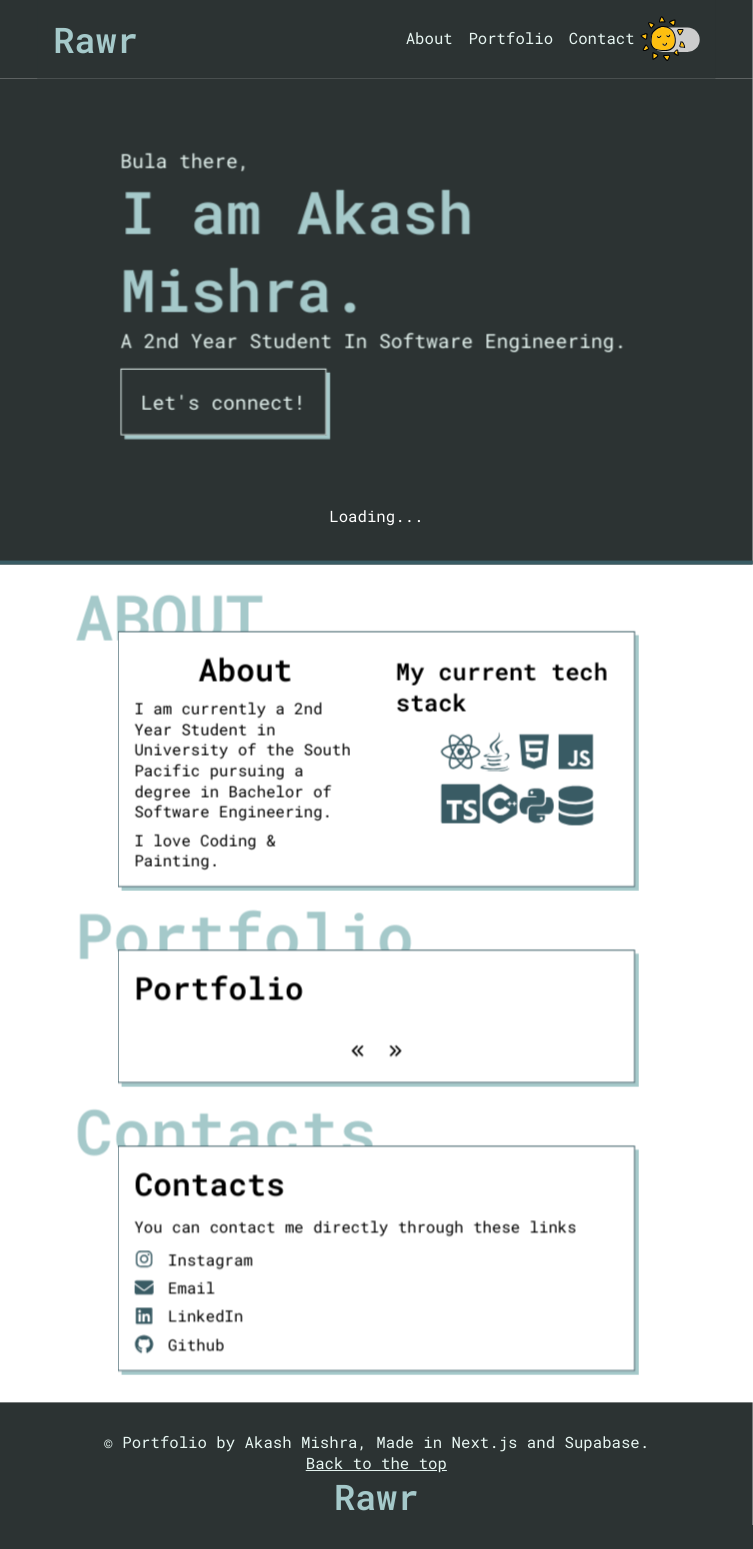
Repository: akashrawr/personal-portfolio
Page: /
An editor plug-in stored every save of this project. The page is shown before and after the next save, followed by the edit.
The browser window is 768 px wide. The pictures show the whole page, at 98% of full size.
The page's requests for data from a server got no answer. The project was rebuilt for these pictures with package versions that can differ from the ones it lists, and the page was loaded fresh each time. The framework's server and built-in components were replaced by stand-ins that run in the browser. No one was signed in, and anything a server would have sent is missing. Also part of the build but not shown: next.config.ts.

Above is the page before, as saved 2025-01-03 20:39:32.

### app/layout.tsx
import type { Metadata } from "next";
import { Geist, Geist_Mono } from "next/font/google";
import "./globals.css";

const geistSans = Geist({
  variable: "--font-geist-sans",
  subsets: ["latin"],
});

const geistMono = Geist_Mono({
  variable: "--font-geist-mono",
  subsets: ["latin"],
});

export const metadata: Metadata = {
  title: "akashrawr",
  description: "Personal Portfolio",
};

export default function RootLayout({
  children,
}: Readonly<{
  children: React.ReactNode;
}>) {
  return (
    <html lang="en" translate="no"> {/* Prevent translation of the entire page */}
      <head>
        <meta charSet="UTF-8" />
        <meta httpEquiv="Content-Language" content="en" /> {/* Explicitly set content language */}
        <meta name="google" content="notranslate" /> {/* Inform Google to not translate */}
        <link rel="icon" href="/rawr.ico" type="image/x-icon" />
        <title>akashrawr</title>
        <meta name="description" content="My Personal Portfolio" />
      </head>
      <body className={`${geistSans.variable} ${geistMono.variable} antialiased`}>
        <div className="notranslate">
          {children}
        </div>
      </body>
    </html>
  );
}

### app/page.tsx
"use client"; // Enables client-side functionality
import React, { useState, useEffect } from "react";
import AOS from "aos";
import "aos/dist/aos.css";
import "./globals.css"; // Import global styles

// Import components
import Header from "./components/Header";
import Hero from "./components/Hero";
import About from "./components/About";
import Portfolio from "./components/Portfolio";
import Contact from "./components/Contact";
import Footer from "./components/Footer";

const Page: React.FC = () => {
  useEffect(() => {
    AOS.init({ once: true, delay: 0 });
  }, []);

  const [isNavVisible, setIsNavVisible] = useState(false);
  const [darkMode, setDarkMode] = useState(false);

  const toggleNav = () => {
    setIsNavVisible(!isNavVisible);
  };

  const toggleDarkMode = () => {
    setDarkMode(!darkMode);
    document.body.classList.toggle("dark-mode", !darkMode);
  };

  return (
    <div>
      <Header
        isNavVisible={isNavVisible}
        toggleNav={toggleNav}
        darkMode={darkMode}
        toggleDarkMode={toggleDarkMode}
      />
      <main>
        <Hero />
        <About />
        <Portfolio />
        <Contact />
      </main>
      <Footer />
    </div>
  );
};

export default Page;

### app/globals.css
@import url("https://fonts.googleapis.com/css2?family=Roboto+Mono:wght@300;400;600&display=swap");

:root {
  --primary-color: #2c3333;
  --secondary-color: #395b64;
  --accent-1: #a5c9ca;
  --accent-2: #e7f6f2;
  --neutral-1: black;
  --neutral-2: white;
  --neutral-3: white;
  --neutral-4: black;
  --icon-1: #395b64;

  --dark-primary-color: #121212;
  --dark-secondary-color: #1f1f1f;
  --dark-accent-1: #6c757d;
  --dark-accent-2: #adb5bd;
  --dark-neutral-1: #ffffff;
  --dark-neutral-2: #121212;
  --dark-neutral-3:#1f1f1f;
  --dark-neutral-4: #938f8f;
  --dark-icon-1: #938f8f;

}

*,
*::after,
*::before {
  margin: 0;
  padding: 0;
  font-family: "Roboto Mono", monospace;
  box-sizing: border-box;


}

html {
  scroll-behavior: smooth;
}

body {
  overflow-x: hidden;
  background-color: var(--neutral-3);
  color: var(--neutral-1);
  font-family: "Roboto Mono", monospace;
}

body.dark-mode {
  --primary-color: var(--dark-primary-color);
  --secondary-color: var(--dark-secondary-color);
  --accent-1: var(--dark-accent-1);
  --accent-2: var(--dark-accent-2);
  --neutral-1: var(--dark-neutral-1);
  --neutral-2: var(--dark-neutral-2);
  --neutral-3: var(--dark-neutral-3);
  --neutral-4: var(--dark-neutral-4);
  --icon-1:var(--dark-icon-1);
}


/* Navbar styles */

header {
  display: flex;
  align-items: center;
  justify-content: center;

  max-width: 100vw;
  background-color: var(--primary-color);
}

a {
  font-size: 14px;
  text-decoration: none;
}

h1 {
  font-family: "Roboto Mono", monospace;
}

.navbar-nav {
  display: flex;
  align-items: center;
  justify-content: space-between;
  background-color: var(--primary-color);
  padding: 1rem;
  width: 90%;
}

.nav-logo {
  grid-column: 1;
}

.nav-logo > h1 {
  font-size: 30px;
  color: var(--accent-1);
}

.primary-nav {
  display: flex;
  list-style: none;
  gap: 16px;

  grid-column: 2;
  justify-self: end;
}

.mobile-nav-toggle {
  display: none;
  cursor: pointer;
}

.nav-link:link,
.nav-link:visited {
  font-size: 16px;
  color: var(--accent-2);

  transition: 300ms ease-in-out;
}

.nav-link:hover {
  font-weight: 600;
  color: var(--accent-1);
}

.user-icon {
  width: 24px;
  height: 24px;
  fill: var(--accent-1);
  transition: fill 0.3s ease;
}

.user-icon:hover {
  fill: var(--accent-1);
}

/* Dark mode toggle button */
.theme-toggle {
  background: none;
  border: none;
  cursor: pointer;
  padding: 8px;
  display: flex;
  align-items: center;
}

.nav-icons {
  --size: 30px;
  width: var(--size);
  aspect-ratio: 1;
  cursor: pointer;
}



@media only screen and (max-width: 35em) {
  .primary-nav {
    position: fixed;
    top: 0;
    right: 0;
    bottom: 0;
    width: 125px;

    flex-direction: column;
    padding: min(15vh, 3rem) 1rem;
    background-color: var(--primary-color);
    border-left: 2px solid rgb(111, 111, 111); /* Add this line for the left border */

    z-index: 9999;

    transform: translateX(100%);
    transition: transform 350ms ease-out;
  }


  .nav-link:link,
  .nav-link:visited {
    font-size: 15px;
    color: var(--accent-1);
  }

  .primary-nav[data-visible="true"] {
    transform: translateX(0%);
  }

  .mobile-nav-toggle[aria-expanded="true"] {
    background: url('data:[embedded picture, 416 characters]') center center no-repeat;
  }

  .mobile-nav-toggle {
    display: block;
    position: absolute;
    background: url('data:[embedded picture, 417 characters]') center center no-repeat;

    width: 1.25rem;
    aspect-ratio: 1;

    border: none;

    top: 1.4rem;
    right: 2.5rem;
    z-index: 10000;

    transition: 250ms ease-in-out;
  }
}

/* Section styles */

section {
  display: flex;
  align-items: center;
  justify-content: center;

  max-width: 100vw;
  position: relative;
}

/* HERO SECTION */
#hero {
  background-color: var(--primary-color);
  border-bottom: 4px solid var(--icon-1);
  padding: 2.2rem;
}

/* Main container for text and image */
.hero-main-container {
  display: flex;
  flex-wrap: wrap;
  align-items: center;
  justify-content: space-between;
  gap: 16px;
}

/* Text Container */
.hero-container {
  flex: 1;
  display: flex;
  flex-direction: column;
  gap: 16px;
  padding: 2.2rem;
  width: 90%;
  height: 350px;
  animation: fade-in 500ms linear forwards;
}

.hero-text-container > h2 {
  font-size: 28px;
  color: var(--accent-1);
}

.hero-text-container > p {
  font-size: 12px;
  color: var(--accent-2);
}

.hero-button {
  align-self: flex-start;

  font-size: 14px;
  padding: 1em;

  color: var(--accent-2);
  background-color: transparent;

  border: 1px solid var(--accent-2);
  box-shadow: 4px 4px 0px var(--accent-1);

  transition: 300ms ease-in-out;
}

.hero-button:hover {
  background-color: var(--accent-2);
  color: var(--primary-color);
  box-shadow: 6px 6px 0px var(--secondary-color);
}

/* Image Container */
.hero-img {
  flex: 1;
  display: flex;
  justify-content: center;
  align-items: center;
}

.hero-image {
  max-width: 50%;
  height: auto;
  border-radius: 10px;
  box-shadow: 0 4px 8px rgba(0, 0, 0, 0.1);
  border: 1px solid var(--secondary-color);
  background-color: var(--neutral-2);
  box-shadow: 4px 4px 0px var(--accent-1);
}

.hero-img p{
color:white;
}


/* Responsive Styles */
@media screen and (max-width: 768px) {
  .hero-main-container {
    flex-direction: column;
  }
  .hero-img {
    margin-top: 20px;
  }
  .hero-container, .hero-image {
    max-width: 85%;
    height: auto;
  }
  .hero-text-container {
    text-align: left;
    max-width: 100%;
    color:#ccc;
  }


}
.hero-text-container > h2 {
  font-size: 28px;
  color: var(--accent-1);
}
.hero-text-container > p {
  font-size: 12px;
}
.project-card > h3 {
  font-size: 12px;
  color: var(--secondary-color);
}

/* ABOUT */

#about {
  padding: 2rem;
  margin-top: 36px;
  animation: fade-in 500ms linear forwards;

}

.wave-asset {
  width: 100%;
  position: absolute;

  top: 0;
  left: 0;
}

.about-container {
  display: flex;
  align-items: center;
  justify-content: center;
  background-color: var(--neutral-2);
  width: 90%;
  z-index: 999;
}

.about-card,
.portfolio-card,
.contact-card {
  display: flex;
  flex-direction: column;
  gap: 16px;
  border: 1px solid var(--secondary-color);
  background-color: var(--neutral-2);

  width: 100%;
  padding: 1rem;

  box-shadow: 4px 4px 0px var(--accent-1);
}

.about-content,
.portfolio-content {
  width: 100%;
  display: flex;
  flex-direction: column;
  gap: 8px;
}

.about-content > h2,
.about-content > h3 {
  color: var(--neutral-4);
}

.about-content > p {
  font-size: 12px;
  color: var(--neutral-4);
}

.tech-stack-grid {
  width: 65%;
  display: grid;
  grid-template-columns: repeat(4, 1fr);
  place-items: center;
}

.tech-stack {
  --size: 30px;
  width: var(--size);
  aspect-ratio: 1;
}

/* Portfolio container */

#portfolio {
  padding: 2rem;
  animation: fade-in 500ms linear forwards;
}

.portfolio-container {
  width: 90%;
  z-index: 999;
}

.project-container {
  display: grid;
  grid-template-columns: repeat(2, 1fr);
  gap: 16px;
}

.portfolio-content > h2 {
  color: var(--neutral-4);
}

.project-card {
  display: flex;
  flex-direction: column;
  gap: 4px;

  padding: 1rem;
  border-radius: 8px;
  border: 1px solid var(--accent-1);
}

.project-card > h3 {
  color: var(--neutral-4);
}

.project-card > h5 {
  color: var(--neutral-4);
  opacity: 0.5;
}

.project-card > p {
  font-size: 12px;
  width: 100%;
  display: -webkit-box;
  -webkit-box-orient: vertical;
  -webkit-line-clamp: 3;
  overflow: hidden;
  color: var(--neutral-4);
}

.project-img {
  width: 100%;
  aspect-ratio: 16/9;
}

.project-card-links {
  align-self: flex-end;

  margin-top: 10px;
  display: flex;
  align-items: center;
  gap: 12px;
}

.project-icons {
  --size: 20px;
  width: var(--size);
  aspect-ratio: 1;
}

.project-card-links > a {
  display: flex;
  align-items: center;
  color: var(--neutral-4);
  font-size: 10px;
  gap: 4px;
}

.project-card-links > a:link,
.project-card-links > a:visited {

  color: var(--neutral-4);
}

.project-card-links > a:hover {
  font-weight: 600;
  color: var(--accent-1);
}

/* CONTACT */
#contact {
  padding: 2rem;
  animation: fade-in 500ms linear forwards;
}

.contact-container {
  width: 90%;
  z-index: 999;
}

.contact-card {
  width: 100%;
  gap: 12px;
}
.contact-card > h2 {
    color: var(--neutral-4);
}

.contact-card > p {
  font-size: 12px;
  color: var(--neutral-4);
}

.contact-links {
  display: flex;
  flex-direction: column;
  gap: 8px;
}

.contact-links > a {
  display: flex;
  align-items: center;
  gap: 8px;
}

.contact-links > a:link,
.contact-links > a:visited {
  color: var(--neutral-4);
}

.contact-links > a:hover {
  font-weight: 600;
  color: var(--accent-1);
}
.contact-icons {
  --size: 20px;
  width: var(--size);
  aspect-ratio: 1;
}

/* extras */
.section-highlight {
  font-size: 4rem;
  font-weight: 600;
  opacity: 0.5;
  color: var(--accent-1);

  position: absolute;
  top: 0;
  left: 100px;
}

/* footer */
footer {
  display: flex;
  align-items: center;
  justify-content: center;
  color: var(--accent-2);
  max-width: 100vw;
  background-color: var(--primary-color);
  min-height: 150px;
}

.footer-content {
  text-align: center;
  font-size: 12px;
  width: 90%;

  color: var(--accent-2);
}

.footer-content > p {
  text-decoration: underline;
}

.footer-content > a {
  text-decoration: underline;
}

.footer-content > a:link,
.footer-content > a:visited {
  color: var(--accent-2);
}

.footer-content > a:hover {
  color: var(--accent-1);
}
/* media queries */

@media only screen and (max-width: 35em) {
  .hero-container {
    padding: 1rem;
    height: 200px;
  }
  .project-container {
    grid-template-columns: 1fr;
  }
  .tech-stack-grid {
    width: 100%;
  }
  .section-highlight {
    font-size: 3.5rem;
    top: -16px;
    left: 6vw;
  }
}

@media only screen and (min-width: 35em) {
  .hero-container {
    height: 250px;
  }
  .about-container,
  .portfolio-container,
  .contact-container {
    width: 75%;
  }

  .about-card,
  .portfolio-card {
    align-items: center;
    justify-content: center;
    flex-direction: row;
    gap: 20px;
  }

  .section-highlight {
    top: -26px;
    left: 10vw;
  }
}

@media only screen and (min-width: 768px) {
  .nav-logo > h1 {
    font-size: 36px;
  }

  /* hero */
  .hero-container {
    height: 350px;
  }

  .hero-text-container > p {
    font-size: 20px;
  }

  .hero-text-container > h2 {
    font-size: 60px;
  }

  .hero-button {
    font-size: 20px;
  }

  /* about */
  .about-card {
    gap: 40px;
  }

  .about-content > h2 {
    font-size: 32px;
  }

  .about-content > h3 {
    font-size: 24px;
  }

  .about-content > p {
    font-size: 16px;
  }

  .tech-stack-section {
    align-self: flex-start;
    margin-top: 8px;
  }

  .tech-stack {
    --size: 40px;
    width: var(--size);
    aspect-ratio: 1;
  }

  /* portfolio */
  .portfolio-content > h2 {
    font-size: 32px;
  }

  .project-card > h3 {
    font-size: 24px;
  }

  .project-card > h5,
  .project-card > p {
    font-size: 16px;
  }

  .project-card-links > a {
    font-size: 16px;
  }

  /* contacts */
  .contact-card > h2 {
    font-size: 32px;
  }

  .contact-card > p {
    font-size: 16px;
  }

  .contact-links > a {
    font-size: 16px;
  }
  .footer-content,
  .footer-content > a {
    font-size: 16px;
  }
}

@media only screen and (min-width: 1024px) {
  .section-highlight {
    top: -26px;
    left: 10vw;
  }
}

@keyframes fade-in {
  0% {
    opacity: 0;
  }
  100% {
    opacity: 1;
  }
}

/* Adjust specific sections as needed for React-specific behaviors */
.primary-nav.visible {
  transform: translateX(0%);
}

/* The switch - the box around the slider */
.switch {
  position: relative;
  display: inline-block;
  width: 50px;
  height: 25px;
}

/* Hide default HTML checkbox */
.switch input {
  opacity: 0;
  width: 0;
  height: 0;
}

/* The slider */
.slider {
  position: absolute;
  cursor: pointer;
  top: 0;
  left: 0;
  right: 0;
  bottom: 0;
  background-color: #ccc;
  -webkit-transition: .4s;
  transition: .4s;
  border-radius: 25px; /* Rounded edges for the slider */
  display: flex;

  align-items: center;
}

/* Adjust the icon size to 48x48 pixels */
.slider .icon {
  position: absolute;
  width: 48px;
  height: 48px;
  transition: .4s;
}

/* When the input is checked (dark mode is on) */
input:checked + .slider {
  background-color: #3e4346; /* Change background color on check */
}

input:focus + .slider {
  box-shadow: 0 0 1px #2196F3;
}

/* Move the icons when the input is checked (dark mode) */
input:checked + .slider .icon {
  transform: translateX(20px); /* Move the icon to the right */
}

/* Default state (light mode) */
input:not(:checked) + .slider .icon {
  transform: translateX(-15px) translateY(-2px); /* Icon remains in the default position */
  width: 52px; /* Further reduced icon size for very small screens */
  height: 52px; /* Further reduced icon size for very small screens */
}

.about-icon {
  color: var(--icon-1); /* Change to any shade of blue you prefer */
  font-size: 3rem; /* Adjust size as needed */
  margin: 0.5rem;
}

.project-icons {
  margin-right: 0.5rem; /* Space between icon and text */
  font-size: 1.5rem; /* Adjust icon size */
  color: inherit; /* Match the color of the link */
}

.contact-icons {
  margin-right: 0.5rem; /* Space between icon and text */
  font-size: 1.5rem; /* Adjust icon size */
  color: var(--icon-1);
}

/* Responsive Adjustments */
@media (max-width: 768px) {
  .about-icon {
    font-size: 2.5rem; /* Slightly smaller on smaller devices */
    margin: 0.4rem;
  }

  .project-icons {
    font-size: 1.2rem; /* Smaller icon size on smaller screens */
    margin-right: 0.4rem;
  }

  .contact-icons {
    font-size: 1.2rem; /* Smaller icon size on smaller screens */
    margin-right: 0.4rem;
  }
}

@media (max-width: 480px) {
  .about-icon {
    font-size: 2rem; /* Even smaller on very small devices */
    margin: 0.3rem;
  }

  .project-icons {
    font-size: 1rem; /* Further reduced icon size for very small screens */
    margin-right: 0.3rem;
  }

  .contact-icons {
    font-size: 1rem; /* Further reduced icon size for very small screens */
    margin-right: 0.3rem;
  }
}

.pagination {
  display: flex;
  justify-content: center;
  align-items: center;
  margin-top: 1rem;
}

.pagination a {
  color: var(--neutral-4);
  padding: 8px 16px;
  text-decoration: none;
}

.pagination a.active {
  background-color: #395b64;
  color: white;
}

.pagination a:disabled {
  color: grey;
  pointer-events: none;
}

/* Responsive Adjustments */
@media (max-width: 768px) {
  .pagination a {
    padding: 6px 12px; /* Smaller padding for smaller screens */
    font-size: 0.9rem; /* Slightly smaller font size */
  }

  .pagination {
    margin-top: 0.75rem; /* Adjust margin top for smaller screens */
  }
}

@media (max-width: 480px) {
  .pagination a {
    padding: 4px 8px; /* Even smaller padding for very small screens */
    font-size: 0.8rem; /* Smaller font size for very small screens */
  }

  .pagination {
    margin-top: 0.5rem; /* Adjust margin top for very small screens */
  }
}

### app/components/Hero.tsx
import React, { useEffect, useState } from 'react';
import supabase from '../utils/supabaseClient';  // Adjust path if in 'utils'
import Image from 'next/image';  // Import Image from next/image

function Hero() {
  const [heroImage, setHeroImage] = useState<string | null>(null);

  useEffect(() => {
    const fetchHeroImage = async () => {
      const { data, error } = await supabase
        .from('hero')  // Table name is 'hero'
        .select('image_path')        // Only selecting 'image_path' column
        .limit(1);                   // Limiting to only one result (first row)

      if (error) {
        console.error('Error fetching hero image:', error);
      } else {
        setHeroImage(data?.[0]?.image_path || null);
      }
    };

    fetchHeroImage();
  }, [supabase]); // Including 'supabase' as a dependency

  return (
    <section id="hero">
      <div className="hero-main-container">
        {/* Text and Button Container */}
        <div className="hero-container">
          <div className="hero-text-container" data-aos="fade-up">
            <p>Bula there,</p>
            <h2>I am Akash Mishra.</h2>
            <p>A 2nd Year Student In Software Engineering.</p>
          </div>
          <a href="#contact" className="hero-button" data-aos="fade-up">
            Let&apos;s connect!
          </a>
        </div>

        {/* Image Container */}
        <div className="hero-img" data-aos="fade-up">
          {heroImage ? (
            <Image
              className="hero-image"
              src={heroImage}
              alt="Akash"
              layout="responsive"
              width={500}
              height={500}
            />
          ) : (
            <p>Loading...</p>
          )}
        </div>
      </div>
    </section>
  );
}

export default Hero;

### app/components/Contact.tsx
import React from "react";
import { FontAwesomeIcon } from "@fortawesome/react-fontawesome";
import { faInstagram, faGithub, faLinkedin } from "@fortawesome/free-brands-svg-icons";
import { faEnvelope } from "@fortawesome/free-solid-svg-icons";

const Contact: React.FC = () => {
  return (
    <section id="contact">
      <h2 className="section-highlight" data-aos="fade-up">
        Contacts
      </h2>
      <div className="contact-container" data-aos="fade-up">
        <div className="contact-card">
          <h2>Contacts</h2>
          <p>You can contact me directly through these links</p>

          <div className="contact-links">
            <a href="https://www.instagram.com/_acnologxa" className="contact-link">
              <FontAwesomeIcon icon={faInstagram} className="contact-icons" />
              Instagram
            </a>

            <a href="mailto:akashkm553@gmail.com" className="contact-link">
              <FontAwesomeIcon icon={faEnvelope} className="contact-icons" />
              Email
            </a>

            <a href="https://www.linkedin.com/in/akashmishra-rawr" className="contact-link">
              <FontAwesomeIcon icon={faLinkedin} className="contact-icons" />
              LinkedIn
            </a>

            <a href="https://github.com/akashrawr" className="contact-link">
              <FontAwesomeIcon icon={faGithub} className="contact-icons" />
              Github
            </a>
          </div>
        </div>
      </div>
    </section>
  );
};

export default Contact;

### app/components/Footer.tsx
import React from 'react';

const Footer: React.FC = () => {
  return (
    <footer>
      <div className="footer-content">
        © Portfolio by Akash Mishra, Made in Next.js and Supabase. <br />
        <a href="#hero">Back to the top</a>
        <div className="nav-logo">
          <h1>Rawr</h1>
        </div>
      </div>
    </footer>
  );
};

export default Footer;

### app/utils/supabaseClient.ts
import { createClient } from '@supabase/supabase-js';

// Fetch environment variables
const supabaseUrl = process.env.NEXT_PUBLIC_SUPABASE_URL || '';
const supabaseKey = process.env.NEXT_PUBLIC_SUPABASE_KEY || '';

// Initialize the Supabase client
const supabase = createClient(supabaseUrl, supabaseKey);

export default supabase;

Loaded but not shown: app/components/Header.tsx (89 lines, source omitted); app/components/Portfolio.tsx (139 lines, source omitted); app/components/About.tsx (59 lines, source omitted)

After the next save:
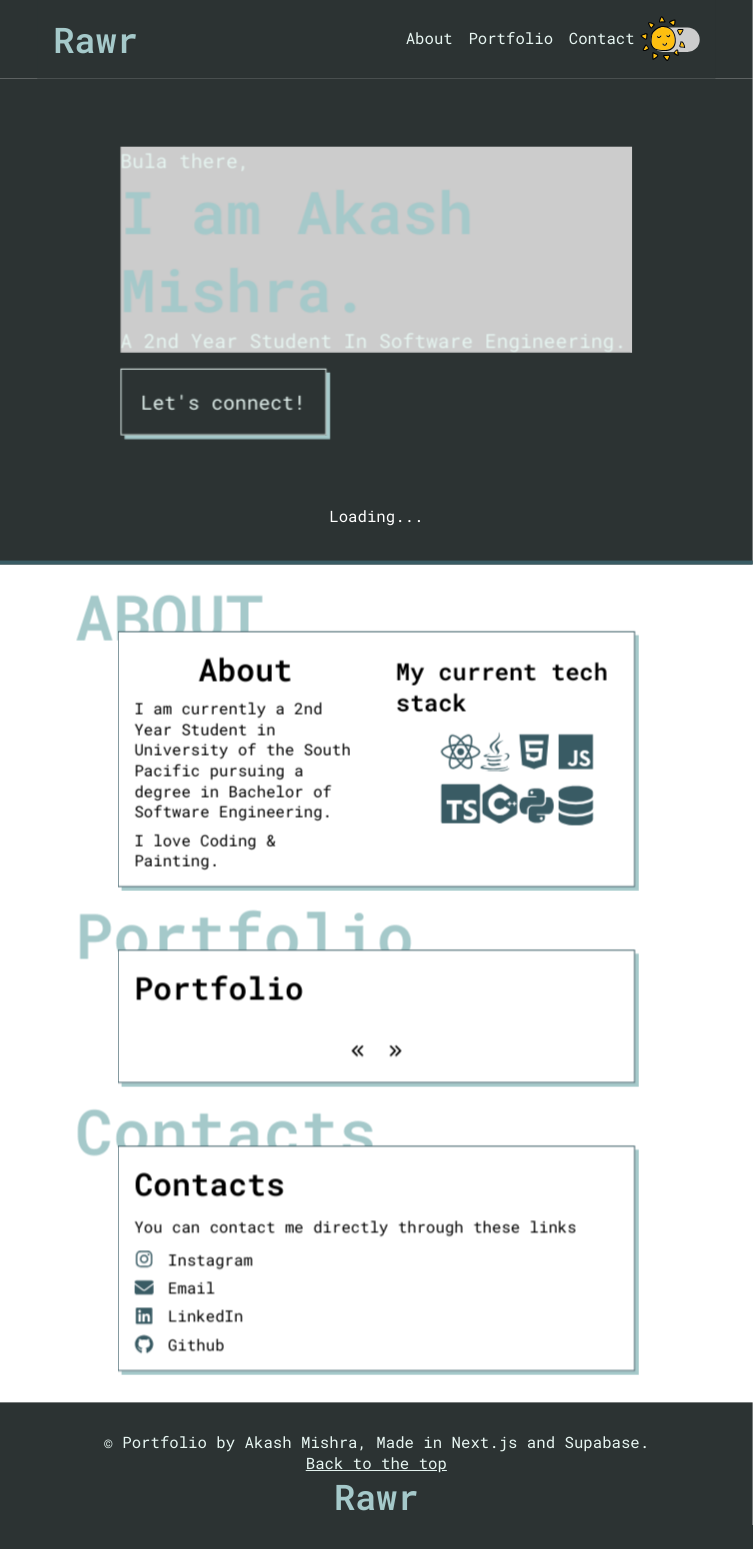
Saved 14 s later.
--- a/app/globals.css
+++ b/app/globals.css
@@ -313,7 +313,7 @@ color:white;
   .hero-text-container {
     text-align: left;
     max-width: 100%;
-    color:#ccc;
+    background-color:#ccc;
   }
 
 
